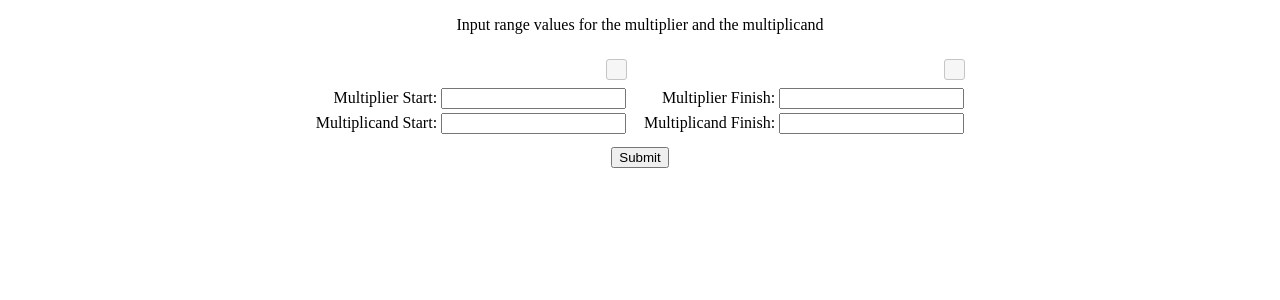
Repository: khrasna/HW4Part2
Page: index.html
These files come from the project's save history. The page is drawn as it stood at one moment and after the next save; the edit follows.
The browser window is 1280 px wide. The pictures show the whole page.
Some web libraries are served in a nearby version.

Above is the page before, as saved 2021-11-13 16:22:04.

### index.html
<!-- HTML file for Assignment 3
By Karsten Hrasna  email Karsten_Hrasna@student.uml.edu-->
<!DOCTYPE html>
<html>

<head>
    <title>Multiplication Table</title>
    <link rel="stylesheet" href="style.css">
    <script src="https://ajax.googleapis.com/ajax/libs/jquery/3.5.1/jquery.min.js"></script>
    <script src="dist/jquery.validate.min.js"></script>
    <script src="formvalidate.js"></script>
    <script src="https://ajax.googleapis.com/ajax/libs/jqueryui/1.11.4/jquery-ui.min.js"></script>
    <link rel="stylesheet" href="https://ajax.googleapis.com/ajax/libs/jqueryui/1.11.4/themes/smoothness/jquery-ui.css">
</head>

<body>
    <p>Input range values for the multiplier and the multiplicand</p>
    <div id="container">
        <!-- Learned from W3schools. Creates a form which takes number ranges for multiplier and multiplicand. -->

        <form id="FormInput" action="javascript:void(0);" method="get"> <!--Learned about javascript:void(0) from Dutchie432 at https://stackoverflow.com/questions/1818249/form-with-no-action-and-where-enter-does-not-reload-page-->
            <table>
                <tr>

                    <td class="pad">
                        <div id="slider-1"></div>
                        Multiplier Start: <input input="text" name="MultiplierStart">
                    </td>

                    <td>
                        <div id="slider-2"></div>
                        Multiplier Finish: <input type="text" name="MultiplierFinish">
                    </td>
                </tr>
                <tr>
                    <td class="pad">
                        <div id="slider-3"></div>
                        Multiplicand Start: <input type="text" name="MultiplicandStart">
                    </td>

                    <td>
                        <div id="slider-4"></div>
                        Multiplicand Finish: <input type="text" name="MultiplicandFinish">
                    </td>
                </tr>
            </table>
            <input type="submit" value="Submit"> <!--goes directly under form and processes the input to create a mult table-->
        </form>
    </div>


</body>

</html>

### style.css
/*Created by Karsten Hrasna. email: Karsten_Hrasna@student.uml.edu*/
html,
body {
    height: 97%;
    text-align: center;
}

#slider-1,
#slider-2 {
    margin: 10px;
    justify-self: right;
}

div#container {
    display: grid;
    grid-template-columns: 100%;
    /* top row of grid holds the form for input, the rest of page holds the multiplication table*/
    grid-template-rows: minmax(90px, 15%) auto;
    height: 97%;

}

#multTable {
    margin: auto;
    border-collapse: separate;
    border-spacing: 0;
    grid-row: 2;
    /*the dynamically sized multiplication table */
    margin-top: 0px;
    border-bottom: 0px;

}

input[type=submit] {
    /* submit button under form spaced here */
    margin-top: 10px;
    margin-bottom: 0px;
}

#multTable td,
th {
    border: solid;
    border-color: black;
    min-width: 70px;
    font-size: 30px;
    height: 70px;
}


#multTable th {
    position: sticky;
    top: 0px;
    border-right: solid;
    border-right-color: white;
    border-bottom: solid;
    border-bottom-color: white;
    background-color: black;
    color: white;

}

#multTable th:first-child {
    position: sticky;
    top: 70px;
    left: 0;
}


.sticky {
    position: fixed;
    top: 0px;
    /* get the headers to stay fixed on mult table */
    width: 100%;
}

#multTable tr:first-child th:first-child {
    border: none;
    background-color: white;
}

#multTable p.inputError {
    margin: 0px;
}

form {
    grid-row: 1;
    margin-bottom: 0px;
}

table {
    margin-left: auto;
    margin-right: auto;
}

form td {
    text-align: right;
    /*line up the input form textboxes*/
}

form p {
    margin: 0px;
}

td.pad {
    padding-right: 15px;
}

### formvalidate.js
$(function () {

    $("#slider-1").slider();
    $("#slider-2").slider();

    $.validator.addMethod("less", function (value, element, params) {
        return this.optional(element) || value <= params[0].value; //checks to make sure that the starts are less than the finishes, learned from
    });                                                           // https://jqueryvalidation.org/jQuery.validator.addMethod/

    var valid = $('input[value="Submit"]').on("click", function () {
        $("#multTable").remove();

        $("#FormInput").validate({
            onkeyup: false,     //this makes it so the validator doesnt update the error messages whenever new input is typed. only validates when submit is hit.
            onfocusout: false,  //learned about onkeyup, and onfocusout at https://www.sitepoint.com/jquery-validation-validate-form-submit/
            rules: {
                MultiplierStart: {
                    digits: true,
                    less: $('input[name="MultiplierFinish"]'),
                    required: true,
                    range: [-50, 50]
                },
                MultiplierFinish: {
                    required: true,
                    digits: true,
                    range: [-50, 50]
                },

                MultiplicandStart: {
                    digits: true,
                    less: $('input[name="MultiplicandFinish"]'),
                    required: true,
                    range: [-50, 50]
                },

                MultiplicandFinish: {
                    digits: true,
                    required: true,
                    range: [-50, 50]
                }
            },

            messages: {
                MultiplierStart: {
                    digits: "Multiplier Start must be a digit",
                    required: "Multiplier Start must be a digit between -50 and 50",
                    range: "The range of Multiplier Start must stay within -50 and 50",
                    less: "The value of Multiplier Start must be less than or equal to Multiplier Finish."
                },

                MultiplierFinish: {
                    digits: "Multiplier Finish must be a digit",
                    required: "Multiplier Finish must be a digit between -50 and 50",
                    range: "The range of Multiplier Finish must stay within -50 and 50",
                },

                MultiplicandStart: {
                    digits: "Multiplicand Start must be a digit",
                    required: "Multiplicand Start must be a digit between -50 and 50",
                    range: "The range of Multiplicand Start must stay within -50 and 50",
                    less: "The value of Multiplicand Start must be less than or equal to Multiplicand Finish."
                },

                MultiplicandFinish: {
                    digits: "Multiplicand Finish must be a digit",
                    required: "Multiplicand Finish must be a digit between -50 and 50",
                    range: "The range of Multiplicand Finish must stay within -50 and 50",
                }
            },

            errorPlacement: function (error, element) {
                $(error).appendTo($(('#FormInput')));
            },
            errorElement: "p"

        });

        if ($("#FormInput").valid()) {
            process();
        }

    });

});

function process() {
    debugger;
    var multStart = $('input[name="MultiplierStart"]').val();
    var multFinish = $('input[name="MultiplierFinish"]').val();
    var multiplicandStart = $('input[name="MultiplicandStart"]').val();
    var multiplicandFinish = $('input[name="MultiplicandFinish"]').val();


    if (document.getElementById("multTable")) { //remove old table
            var old = document.getElementById("multTable");
            old.remove();
    };

     //clear old table and create a table with size based on input given
        const top = [];
        const left = []; //these will hold the values of the multiplier and multiplicand
        var rows = multFinish - multStart;
        var cols = multiplicandFinish - multiplicandStart;
        var d = document.getElementById("container");
        for (var i = 0; i <= rows; i++) {
            left[i] = (+multiplicandStart + +i); //the + before variable name turns them into integers for addition
        }
        for (var i = 0; i <= cols; i++) {
            top[i] = (+multStart + +i);
        }
        var table = createTable(rows, cols, top, left); //create table based on total rows and cols, and top and left are the sets of multipliers and multiplicands
        table.id = "multTable";
        d.append(table);
}

function createTable(rows, cols, top, left) {
    var t = document.createElement('table');
    for (var x = 0; x <= rows + 1; x++) { // rows and cols + 1 to indicate ranges of numbers
        var r = document.createElement('tr');
        t.appendChild(r);
        for (var y = 0; y <= cols + 1; y++) {   //creates the cols of the table row by row
            if (x == 0) {
                var c = document.createElement('th'); //create and insert element based on position in table
                c.id = "topHeader";
                if (y != 0) {
                    c.innerHTML = top[y - 1]; // - 1 because it is moved over 1 to the right
                }
            } else if (y == 0) {
                var c = document.createElement('th');
                if (x != 0) {
                    c.innerHTML = left[x - 1];
                }
            } else {
                var c = document.createElement('td');
                c.innerHTML = top[y - 1] * left[x - 1];
                if (((y % 2) + (x % 2)) == 0 || ((y % 2) + (x % 2)) == 2) { // checker board effect
                    c.style.backgroundColor = "gray";
                }

            }
            r.appendChild(c);
        }
    }

    return t;
}

Loaded but not shown: dist/jquery.validate.min.js (library)

After the next save:
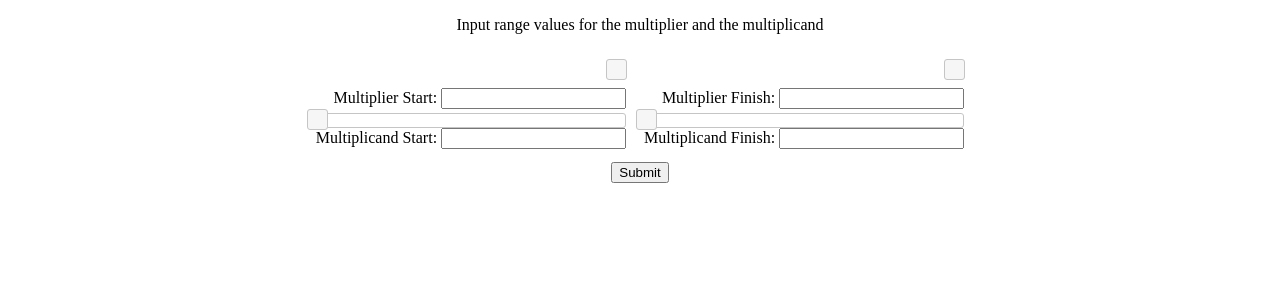
Saved 9 s later.
--- a/formvalidate.js
+++ b/formvalidate.js
@@ -2,6 +2,8 @@ $(function () {
 
     $("#slider-1").slider();
     $("#slider-2").slider();
+    $("#slider-3").slider();
+    $("#slider-4").slider();
 
     $.validator.addMethod("less", function (value, element, params) {
         return this.optional(element) || value <= params[0].value; //checks to make sure that the starts are less than the finishes, learned from
